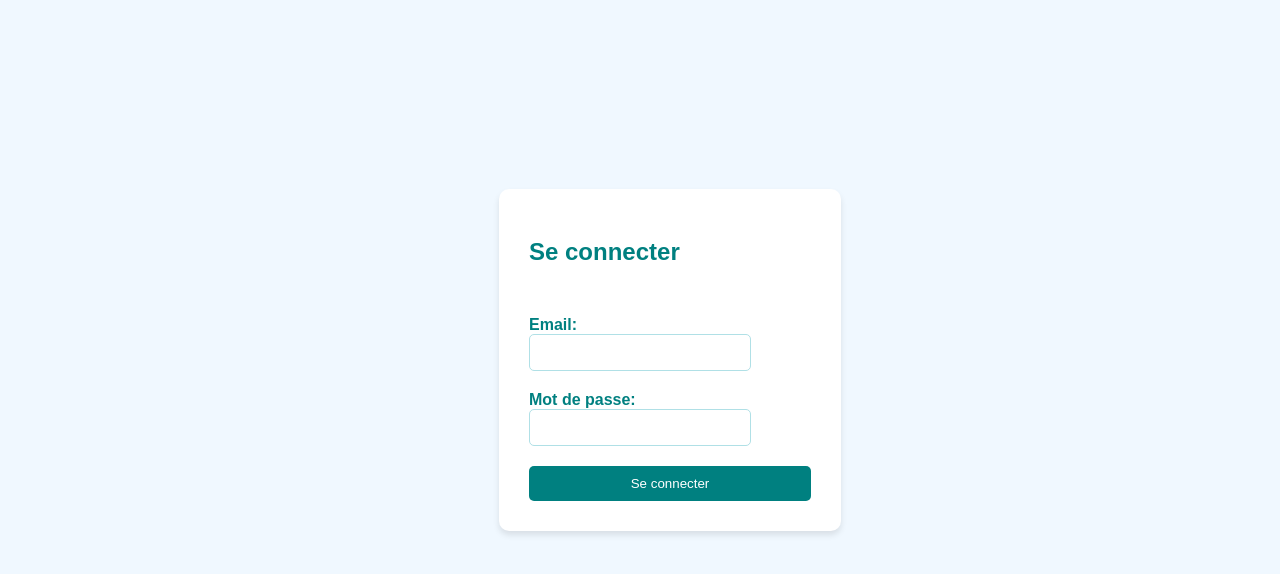
Repository: marwaouahouah1/OdysseyOfMemories
Page: /Login (app in frontend/)
An editor plug-in stored every save of this project. The page is shown before and after a run of saves, followed by the edit.
The browser window is 1280 px wide. The pictures show the whole page.
The project was rebuilt for these pictures with package versions that can differ from the ones it lists, and the page was loaded fresh each time. Also part of the build but not shown: frontend/src/App.js, frontend/src/SignUp/SignUpUser.js, frontend/src/Profile/Profile.js.

Above is the page before, as saved 2023-04-01 17:53:56.

After the next 4 saves:
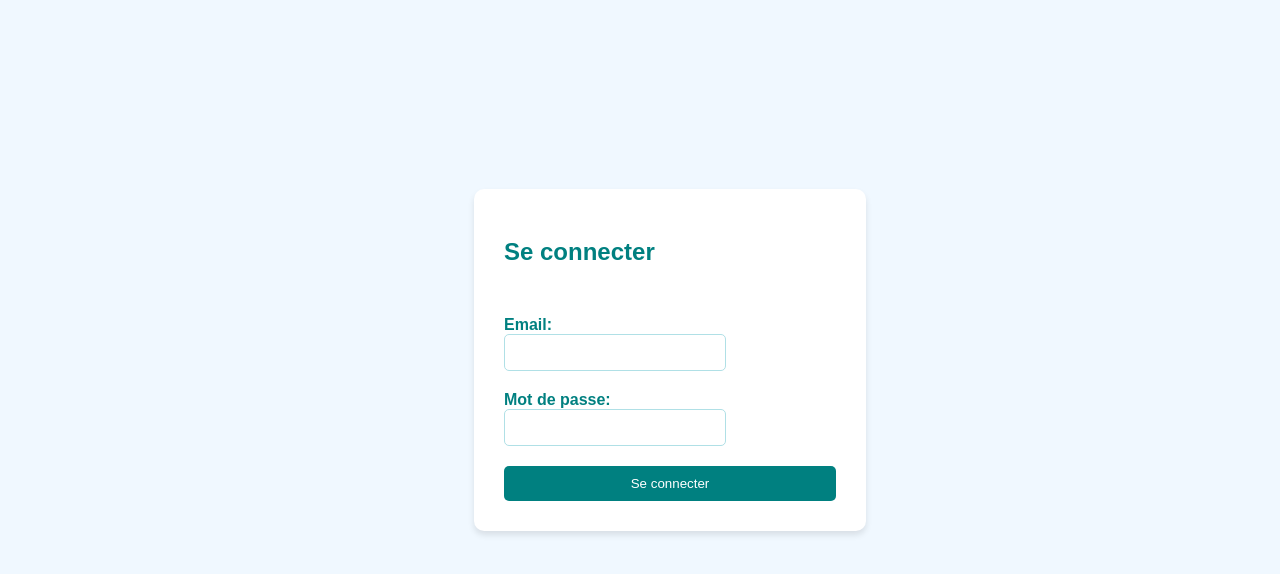
The 4 saves are shown as one change because they came seconds apart.
The last was saved 2 min 45 s later.
--- a/frontend/src/SignUp/signupuser.css
+++ b/frontend/src/SignUp/signupuser.css
@@ -36,6 +36,7 @@ body {
   }
   form input {
     width: 200px;
+    margin-right: 50px;
   }
 
   label {
